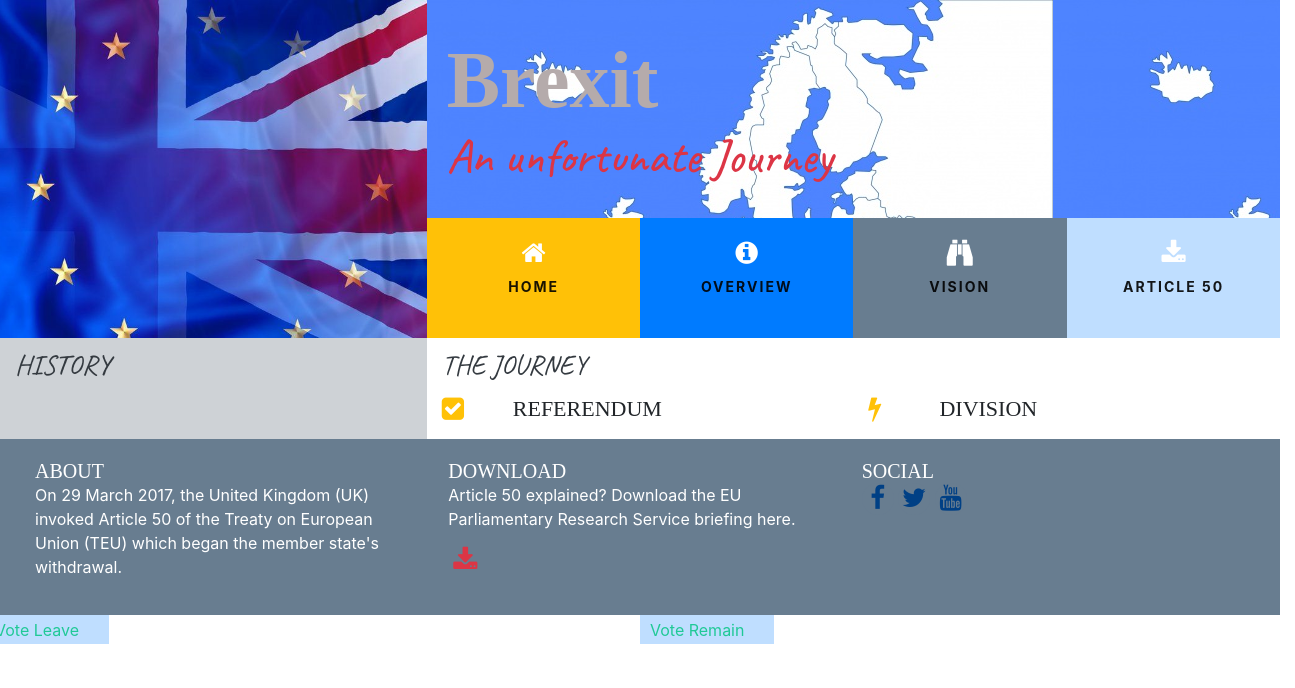
Repository: isiko1/Milestone_Project_One
Page: overview.html
The author's editor kept a record of every edit. The page is drawn from the files as they stood at one moment, then again after the next edit.
The browser window is 1280 px wide. The page is 1295 px wide, then 1280 px, so the pictures cover 1295 px, including what lies to the right of the window. The pictures show the whole page.
Some web fonts or font styles are not loaded; a fallback is used.

Above is the page before.

### overview.html
<!DOCTYPE html>
<html lang="en">

<head>
    <meta charset="UTF-8">
    <meta name="viewport" content="width=device-width, initial-scale=1.0">
    <meta http-equiv="X-UA-Compatible" content="ie=edge">
    <link rel="stylesheet" href="https://stackpath.bootstrapcdn.com/bootstrap/4.3.1/css/bootstrap.min.css" type="text/css" />
    <link rel="stylesheet" href="https://stackpath.bootstrapcdn.com/font-awesome/4.7.0/css/font-awesome.min.css" type="text/css" />
    <link rel="stylesheet" href="https://cdnjs.cloudflare.com/ajax/libs/hover.css/2.3.1/css/hover-min.css" type="text/css" />
    <link rel="stylesheet" href="info/css/style.css" type="text/css" />
    <title>Brexit - An unfortunate Journey</title>
</head>

<body>
    <header>
        <div class="row no-gutters">
            <a href="index.html" class="col-md-4 logo-euk">
            </a>
            <div class="col-md-8">
                <div class="row no-gutters bg-color-name-title">
                    <div class="col heading">
                        <h1 class="title">Brexit</h1>
                        <h3 class="subtitle">An unfortunate Journey</h3>
                    </div>
                </div>
                <div class="row no-gutters">
                    <div class="col">
                        <ul id="nav" class="list-inline menucontainer">
                            <li class="col-6 col-sm-3 menu-color-home list-inline-item menu-item">
                                <a href="#" class="hvr-sweep-to-right"><i class="fa fa-home" aria-hidden="true"></i><span>Home</span></a>
                            </li>
                            <li class="col-6 col-sm-3 menu-color-overview list-inline-item menu-item">
                                <a href="#" class="hvr-sweep-to-right"><i class="fa fa-info-circle" aria-hidden="true"></i><span>Overview</span></a>
                            </li>
                            <li class="col-6 col-sm-3 menu-color-vision list-inline-item menu-item">
                                <a href="#" class="hvr-sweep-to-right"><i class="fa fa-binoculars" aria-hidden="true"></i><span>Vision</span></a>
                            </li>
                            <li class="col-6 col-sm-3 menu-color-article list-inline-item menu-item">
                                <a href="#" class="hvr-sweep-to-right"><i class="fa fa-download" aria-hidden="true"></i><span>Article 50</span></a>
                            </li>
                        </ul>
                    </div>
                </div>
            </div>
            <div>
            </div>
    </header>
    <section class="container-fluid">
        <div class="row">
            <div class="col-md-4 bg-color-institutions section-column">
                <div class="row">
                    <div class="col-12">
                        <h3 class="section-heading uppercase">History</h3>
                    </div>
                </div>
            </div>
            <div class="col-md-8 bg-color-members section-column">
                <div class="row">
                    <div class="col">
                        <h3 class="section-heading uppercase">The Journey</h3>
                    </div>
                </div>
                <div class="row">
                    <div class="col-10 offset-1 offset-sm-0 col-sm-4 col-md-6">
                        <div class="row">
                            <div class="col-2">
                                <i class="members-icon fa fa-check-square" aria-hidden="true"></i>
                            </div>
                            <div class="col-10">
                                <h4 class="members-heading uppercase">Referendum</h4>
                                <p class="paragraph-contents"></p>
                            </div>
                        </div>
                    </div>
                    <div class="col-10 offset-1 offset-sm-0 col-sm-4 col-md-6">
                        <div class="row">
                            <div class="col-2">
                                <i class="members-icon fa fa-bolt" aria-hidden="true"></i>
                            </div>
                            <div class="col-10">
                                <h4 class="members-heading uppercase">Division</h4>
                                <p class="paragraph-contents"> </p>
                            </div>
                        </div>
                    </div>
                </div>
            </div>
        </div>
    </section>
    <footer class="container-fluid">
        <div id="footer-details" class="row">
            <div class="col-sm-4">
                <h5 class="uppercase general">About</h5>
                <p class="inline-block">On 29 March 2017, the United Kingdom (UK) invoked Article 50 of the Treaty on European Union (TEU) which began the member state's withdrawal.</p>
            </div>

            <div class="col-sm-4">
                <h5 class="uppercase general">Download</h5>
                <p class="inline-block">Article 50 explained? Download the EU Parliamentary Research Service briefing here.</p>
                <a href="" target="_blank" class="art-pdf">
            <i class="fa fa-download" aria-hidden="true"></i>
            <span class="sr-only">Download link.</span>
            </a>
            </div>
            <div class="col-sm-4">
                <h5 class="uppercase general">Social</h5>
                <ul class="list-inline social-links">
                    <li class="list-inline-item">
                        <a target="_blank" href="#">
                        <i class="fa fa-facebook" aria-hidden="true"></i>
                        <span class="sr-only">Facebook</span>
                    </a>
                    </li>
                    <li class="list-inline-item">
                        <a target="_blank" href="#">
                        <i class="fa fa-twitter" aria-hidden="true"></i>
                        <span class="sr-only">Twitter</span>
                        </a>
                    </li>
                    <li class="list-inline-item">
                        <a target="_blank" href="#">
                        <i class="fa fa-youtube" aria-hidden="true"></i>
                        <span class="sr-only">YouTube</span>
                        </a>
                    </li>
                </ul>
            </div>
        </div>
    </footer>
</body>

</html>



<div class="row">
                    <div class="col">
                        <div class="progress-bar" role="progressbar" aria-valuenow="51" aria-valuemin="0" aria-valuemax="100" style="width:51%;">
                            <span class="sr-only">51% complete</span>
                        </div>
                        <span class="progress-type"> Vote Leave</span>
                    </div>
                    <div class="col">
                        <div class="progress-bar bg-info" role="progressbar" aria-valuenow="49" aria-valuemin="0" aria-valuemax="100" style="width:49%;">
                            <span class="sr-only">49% complete</span>
                        </div>
                        <span class="progress-type"> Vote Remain</span>
                        </div>
                    </div>

### info/css/style.css
@import url('https://fonts.googleapis.com/css?family=Caveat:100,200,300,400,500,600,700|Tinos,100,200,300,400,500,600,700');

/*---------Style---------------------------------------------*/

h1,
h2,
h3,
h4,
h5 {
    margin: 0;
    }

.uppercase {
    text-transform: uppercase;
}

.general {
    font-family: "Tinos", sans-serif;
    color: #fff;
}
.institutions-item {
    font-size: 26px;
    font-weight: 300;
}

/*................backgoundcolor*/

.bg-color-institutions {
    background-color: #ced2d6;
}


.bg-color-name-title  {
    background-image: url("../images/europe.jpg")
}

.menu-color-home {
    background-color: #ffc107;
}

.menu-color-overview {
    background-color: #007bff;
}

.menu-color-vision {
    background-color: #687d90;
}

.menu-color-article {
    background-color: rgba(0, 123, 255, .25);
}

/*-------------------Header-----------------*/

header {
    margin: 0;
}

.logo {
    background-image: url("../images/eu.jpg");
    background-position: center;
    background-repeat: no-repeat;
    background-size: cover;
    min-height: 120px;
    transition: all .5s ease-in-out;
    -moz-transition: all .5s ease-in-out;
    -o-transition: all .5s ease-in-out;
    -webkit-transition: all .5s ease-in-out;
}

.logo-uk {
    background-image: url("../images/uk.jpg");
    background-position: center;
    background-repeat: no-repeat;
    background-size: cover;
    min-height: 120px;
    transition: all .5s ease-in-out;
    -moz-transition: all .5s ease-in-out;
    -o-transition: all .5s ease-in-out;
    -webkit-transition: all .5s ease-in-out;

}

.logo-euk {
    background-image: url("../images/flag.jpg");
    background-position: center;
    background-repeat: no-repeat;
    background-size: cover;
    min-height: 120px;
    transition: all .5s ease-in-out;
    -moz-transition: all .5s ease-in-out;
    -o-transition: all .5s ease-in-out;
    -webkit-transition: all .5s ease-in-out;

}

.title {
    font-family: Tinos, sans-serif;
    font-weight: 600;
    font-size: 5rem;
    margin-top: 2rem;
    color: #b5abab;
    padding-left: 20px;
}


.subtitle {
    font-family: Caveat, sans-serif;
    font-weight: 500;
    font-size: 3rem;
    margin-bottom: 2rem;
    color: #dc3545;
    padding-left: 20px;
}

.list-inline-item:not(:last-child) {
    margin: 0;
}

/*---------------Menu Items-----------------*/

.menucontainer {
    font-size: 0;
}

#nav {
    margin: 0;
}

#nav li {
    font-size: 14px;
}

.menu-item {
    height: 120px;
    text-align: center;
    padding: 0;
}

.menu-item a {
    width: 100%;
    text-decoration: none;
    color: #fff;
    height: 120px;
}

.menu-item a i {
    padding-top: 22px;
    display: block;
    font-size: 26px;
}

.menu-item span {
    display: block;
    width: 100%;
    text-align: center;
    padding-top: 10px;
    text-transform: uppercase;
    letter-spacing: 2px;
    color: rgba(0, 0, 0, .9);
    font-weight: bold
}

.section-heading {
    margin-top: 10px;
    margin-bottom: 15px;
    font-family: "Caveat", sans-serif;
    font-weight: 300;
    color: #343a40;
}

.members-heading {
    font-family: "Tinos", sans-serif;
    font-size: 22px;
    margin-bottom: 15px;

}

.paragraph-contents {
    font-size: 18px;
}

/*------------------------------------hover/footer-----*/

.hvr-sweep-to-right:before {
    background-color: #9fecb1;
    transition-timing-function: ease-in;
    transition-delay: 0.1s;
}

footer {
    background-color: #687d90;
    min-height: 120px;
    color:#fff;
    margin: 0;
}

.art-pdf i {
    font-size: 26px;
    color: #dc3545;
    text-align: center;
    padding-left: 5px;
    -moz-transition: all 0.35s ease-in-out;
    -webkit-transition: all 0.35s ease-in-out;
    -o-transition: all 0.35s ease-in-out;
}

.art-pdf i:hover {
    color: rgba(0, 123, 255, .25);
}

.social-links {
    padding-bottom: 15px;
}

.social-links li a i {
    width: 32px;
    height: 32px;
    padding: 12px 0;
    border-radius: 50%;
    font-size: 26px;
    line-height: 7px;
    text-align: center;
    color: #004085;
    background-color: #687d90;
    -moz-transition: all 0.35s ease-in-out;
    -webkit-transition: all 0.35s ease-in-out;
    -o-transition: all 0.35s ease-in-out;

}

.social-links li a i:hover {
    background: #dc3545;
}

#footer-details {
    padding: 20px;

}

/*--------------------Members----------*/

.members-icon {
    font-size: 26px;
    color: #ffc107;
}

.progress{
    position: relative;
    height:30px;
margin-bottom: 4px;

}
.progress-type{
    position: absolute;
    left: 0px;
    font-weight: 400;
    padding: 3px 30px 2px 10px;
    color: #20c997;
    background-color: rgba(0,123,255,.25);
}

After the next edit:
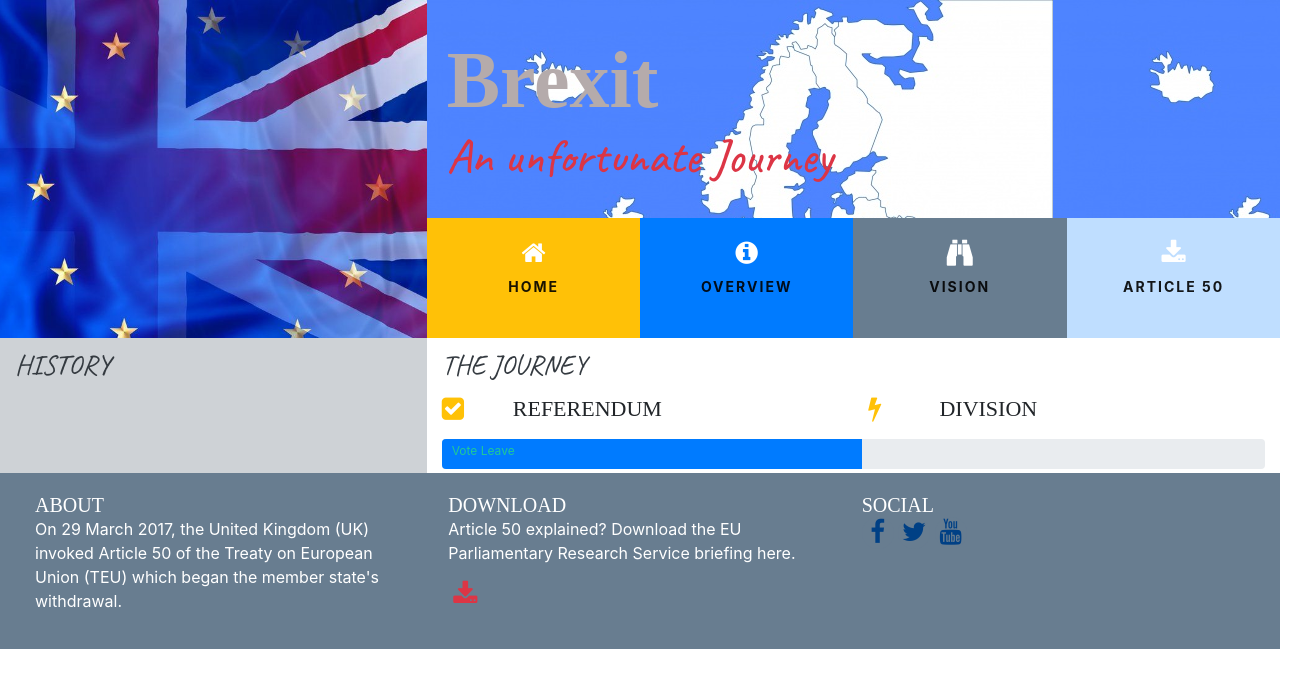
The edit:
--- a/overview.html
+++ b/overview.html
@@ -85,6 +85,16 @@
                         </div>
                     </div>
                 </div>
+                <div class="row">
+                 <div class="col">
+                     <div class="progress">
+                    <div class="progress-bar" role="progressbar" aria-valuenow="51" aria-valuemin="0" aria-valuemax="100" style="width:51%;">
+                            <span class="sr-only">51% complete</span>
+                     </div>
+                     <span class="progress-type"> Vote Leave</span>
+
+                 </div>
+                </div>
             </div>
         </div>
     </section>
@@ -131,20 +141,3 @@
 </body>
 
 </html>
-
-
-
-<div class="row">
-                    <div class="col">
-                        <div class="progress-bar" role="progressbar" aria-valuenow="51" aria-valuemin="0" aria-valuemax="100" style="width:51%;">
-                            <span class="sr-only">51% complete</span>
-                        </div>
-                        <span class="progress-type"> Vote Leave</span>
-                    </div>
-                    <div class="col">
-                        <div class="progress-bar bg-info" role="progressbar" aria-valuenow="49" aria-valuemin="0" aria-valuemax="100" style="width:49%;">
-                            <span class="sr-only">49% complete</span>
-                        </div>
-                        <span class="progress-type"> Vote Remain</span>
-                        </div>
-                    </div>
